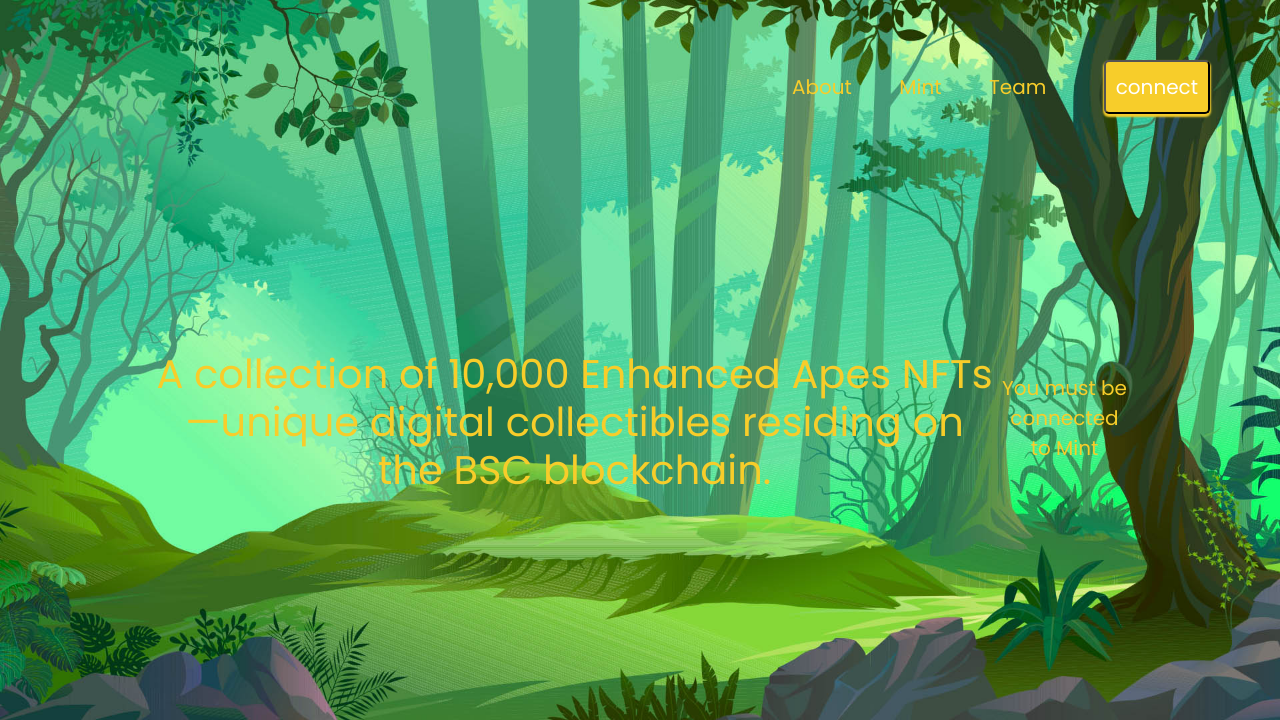
Repository: Stephegbenga/Minting-Dapp
Page: /
The author's editor kept a copy of each file at every save. The page is drawn from the files as they stood at one save, then again after the next save.
The browser window is 1280 px wide. The pictures show the whole page.
The project was rebuilt for these pictures with package versions that can differ from the ones it lists, and the page was loaded fresh each time.

Above is the page before, as saved 2022-04-07 17:11:35.

### public/index.html
<!DOCTYPE html>
<html lang="en">
  <head>
    <meta charset="utf-8" />
    <link rel="icon" href="%PUBLIC_URL%/En favicon.ico" />
    <meta name="viewport" content="width=device-width, initial-scale=1" />
    <meta name="theme-color" content="#000000" />
    <meta
      name="description"
      content="Web site created using create-react-app"
    />

    <link rel="apple-touch-icon" href="%PUBLIC_URL%/logo192.png" />
    <!--
      manifest.json provides metadata used when your web app is installed on a
      user's mobile device or desktop. See https://developers.google.com/web/fundamentals/web-app-manifest/
    -->
    <link rel="manifest" href="%PUBLIC_URL%/manifest.json" />
    <!--
      Notice the use of %PUBLIC_URL% in the tags above.
      It will be replaced with the URL of the `public` folder during the build.
      Only files inside the `public` folder can be referenced from the HTML.

      Unlike "/favicon.ico" or "favicon.ico", "%PUBLIC_URL%/favicon.ico" will
      work correctly both with client-side routing and a non-root public URL.
      Learn how to configure a non-root public URL by running `npm run build`.
    -->
    <link rel="stylesheet" href="https://stackpath.bootstrapcdn.com/bootstrap/4.3.1/css/bootstrap.min.css"/>

    <title>React App</title>
  </head>
  <body>
    <noscript>You need to enable JavaScript to run this app.</noscript>
    <div id="root"></div>
    <!--
      This HTML file is a template.
      If you open it directly in the browser, you will see an empty page.

      You can add webfonts, meta tags, or analytics to this file.
      The build step will place the bundled scripts into the <body> tag.

      To begin the development, run `npm start` or `yarn start`.
      To create a production bundle, use `npm run build` or `yarn build`.
    -->
  </body>
</html>

### src/index.js
import React from 'react';
import ReactDOM  from 'react-dom';
import './index.css';
import App from './App';
import './Font/ThunderDemo.ttf'


ReactDOM.render(
  <App />,
  document.getElementById('root')

);

### src/App.js
import './App.css';


import { useState } from 'react';
import './App.css';
import MainMint from './MainMint'
import Navbar from './NavBar'

function App() {
    const [accounts, setAccounts] = useState([]);

    return (
        <div className="overlay">
            <div className='App'>
                <Navbar accounts={accounts} setAccounts={setAccounts} />
                <MainMint accounts={accounts} setAccounts={setAccounts} />
            </div>
            <div className='Background'></div>
        </div>
    );
}

export default App;

### src/App.css
@import url("https://fonts.googleapis.com/css?family=Poppins");


.App {
  text-align: center;
  font-family: "poppins";
  font-size: 20px;
  color: #f7cd2a;
}

* {
  box-sizing: border-box;
}

body {
  overflow: hidden;
}

.overlay {
  opacity: 1;
  width: 100%;
  height: 100%;
  z-index: 10;
  top: 0;
  left: 0;
  position: fixed;
}

.Background {
  z-index: -1;
  position: absolute;
  top: 0;
  left: 0;
  right: 0;
  bottom: 0;
  background-image: url("./Assets/Background/background.jpg");
  background-size: cover;
  background-repeat: no-repeat;
  background-attachment: fixed;
  background-position: 40% 40%;
}

### src/MainMint.js
import { useState } from "react";
import{ ethers, BigNumber } from "ethers";
import { Box, Button, Flex, Flow, Text, Input } from "@chakra-ui/react"
import Kongz from "./Kongz/Kongz.json";

const KongzAddress = "0x0aee4e215fd9c07093fc7c31f67028e291c633c5";

const MainMint = ({ accounts, setAccounts}) => {
    const [mintAmount, setMintAmount] = useState(1);
    const isConnected = Boolean(accounts[0]);

    async function handleMint() {
        if (window.ethereum) {
            const provider = new ethers.providers.Web3Provider(window.ethereum);
            const signer = provider.getSigner();
            const contract = new ethers.Contract(
                KongzAddress,
                Kongz.abi,
                signer
            );
            try {
                const response = await contract.mint(BigNumber.from(mintAmount));
                console.log('response: ', response);
            }   catch (err) {
                console.log("error: ", err)
            }
        }
    }

    const handleDecrement = () => {
        if (mintAmount <= 1) return;
        setMintAmount(mintAmount + 1);
    };

    return (
        <Flex justify="center" align="center" height="70vh" padding="150px">
            <h1>A collection of 10,000 Enhanced Apes NFTs—unique digital collectibles residing on the BSC blockchain.</h1>
            {isConnected ? (
            <div>
                <div>
                    <button onClick={handleDecrement}>-</button>
                    <input type="number" value={mintAmount} />
                    <button onClick={handleDecrement}>+</button>
                </div>
                <button onClick={handleMint}>Mint Now</button>
            </div>
        ) : (
            <p>You must be connected to Mint</p>
        )}
        </Flex>

    );
};

export default MainMint;

### src/NavBar.js
import React from "react";
import { Box, Button, Flex, Flow, Image, Link, Spacer } from "@chakra-ui/react"

const Navbar = ({ accounts, setAccounts }) => {
    const isConnected = Boolean(accounts[0]);

    async function connectAccount() {
        if (window.ethereum) {
            const accounts = await window.ethereum.request({
               method: "eth_requestAccounts",
            });
            setAccounts(accounts);
        }
    }

    return (
        <Flex justify="space-between" align="center" padding="30px">
            {/* { left side - socials } */}

            <Flex justify="space-around" width="40%" padding="0 75px">

            </Flex>

            {/* {RIght SIde - Section and connect} */}
            <Flex
                justify="space-around"
                align="center"
                width="40%"
                padding="30px"
            >
            <box margin="0 15px">About</box>
            <Spacer />
            <box margin="0 15px">Mint</box>
            <Spacer />
            <box margin="0 15px">Team</box>
            <Spacer />


            {/* connect */}
            {isConnected ? (
                <box margin="0 15px">Conncted</box>
            ) : (
                <Button
                    backgroundColor="#f7cd2a"
                    borderRadius="5px"
                    boxShadow="0px 2px 2px 1px #f7cd2a"
                    color="white"
                    fontFamily="inherit"
                    padding="10px"
                    margin="0 10px"
                    onClick={connectAccount}
                >
                    connect
                </Button>
            )}
            </Flex>
        </Flex>
    );

};

export default Navbar;

Loaded but not shown: src/index.css (common file); src/Kongz/Kongz.json (1020 lines, source omitted)

After the next save:
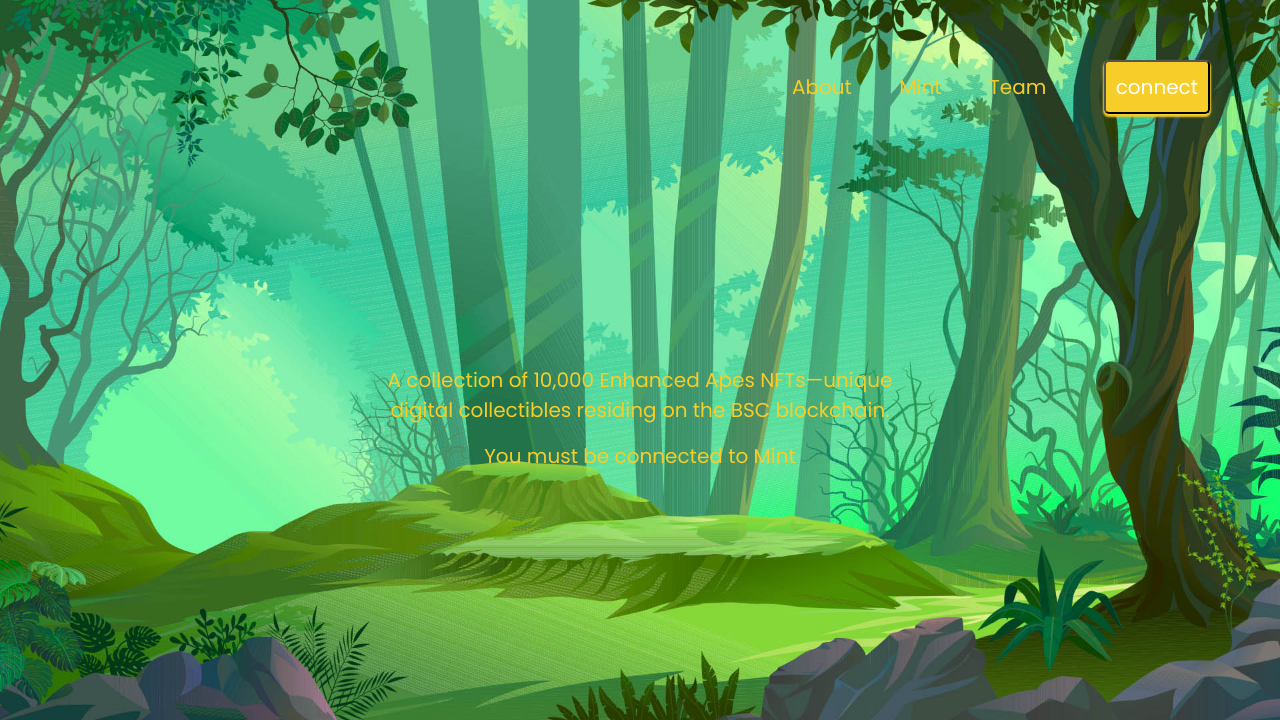
Saved 3 min 46 s later.
--- a/src/MainMint.js
+++ b/src/MainMint.js
@@ -34,19 +34,25 @@ const MainMint = ({ accounts, setAccounts}) => {
 
     return (
         <Flex justify="center" align="center" height="70vh" padding="150px">
-            <h1>A collection of 10,000 Enhanced Apes NFTs—unique digital collectibles residing on the BSC blockchain.</h1>
-            {isConnected ? (
-            <div>
-                <div>
-                    <button onClick={handleDecrement}>-</button>
-                    <input type="number" value={mintAmount} />
-                    <button onClick={handleDecrement}>+</button>
-                </div>
-                <button onClick={handleMint}>Mint Now</button>
-            </div>
-        ) : (
-            <p>You must be connected to Mint</p>
-        )}
+            <Box width="520px">
+
+                    <p>
+                        A collection of 10,000 Enhanced Apes NFTs—unique digital collectibles
+                        residing on the BSC blockchain.
+                    </p>
+                    {isConnected ? (
+                    <div>
+                        <div>
+                            <button onClick={handleDecrement}>-</button>
+                            <input type="number" value={mintAmount} />
+                            <button onClick={handleDecrement}>+</button>
+                        </div>
+                        <button onClick={handleMint}>Mint Now</button>
+                    </div>
+                ) : (
+                    <p>You must be connected to Mint</p>
+                )}
+            </Box>
         </Flex>
 
     );
